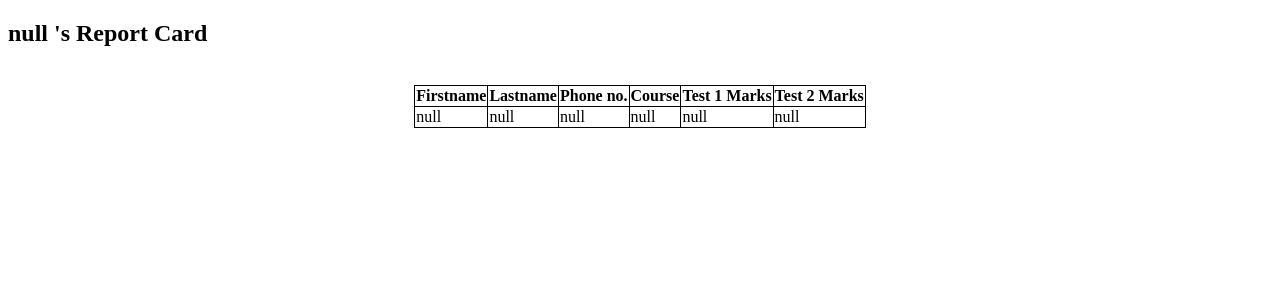
Repository: MriOj/OnlineExamPortal
Page: http://localhost/ExamPortal/reportcard.jsp
The author's editor kept a copy of each file at every save. The page is drawn from the files as they stood at one save, then again after the next save.
The browser window is 1280 px wide. The pictures show the whole page.
The page is served by Tomcat 9. Other server files are loaded and not shown. The template is opened directly, without the code that normally fills it, so the values that code supplies are empty.

Above is the page before, as saved 2021-09-05 05:12:46.

### ExamPortal/src/main/webapp/reportcard.jsp
<%@ page language="java" contentType="text/html; charset=ISO-8859-1"
    pageEncoding="ISO-8859-1"%>
<!DOCTYPE html>
<html>
<head>
<meta name="viewport" content="width=device-width, initial-scale=1">
<style>
table, th, td {
  border: 1px solid black;
  border-collapse: collapse;
}

table.center {
  margin-left: auto;
  margin-right: auto;
}
</style>
</head>
<body>

<h2><%{out.println(request.getAttribute("student"));} %>'s Report Card</h2>

<table class="center">
 <tr>
    <th>Firstname</th>
    <th>Lastname</th>
    <th>Phone no.</th>
	<th>Course</th>
	<th>Test 1 Marks</th>
	<th>Test 2 Marks</th>
  </tr>
  <tr>
    <td><%{out.println(request.getAttribute("fname"));} %> </td>
    <td><%{out.println(request.getAttribute("lname"));} %> </td>
    <td><%{out.println(request.getAttribute("phone"));} %> </td>
	<td><%{out.println(request.getAttribute("course"));} %> </td>
	<td><%{out.println(request.getAttribute("t1m"));} %> </td>
	<td><%{out.println(request.getAttribute("t2m"));} %> </td>
  </tr>
</table>

</body>
</html>

After the next save:
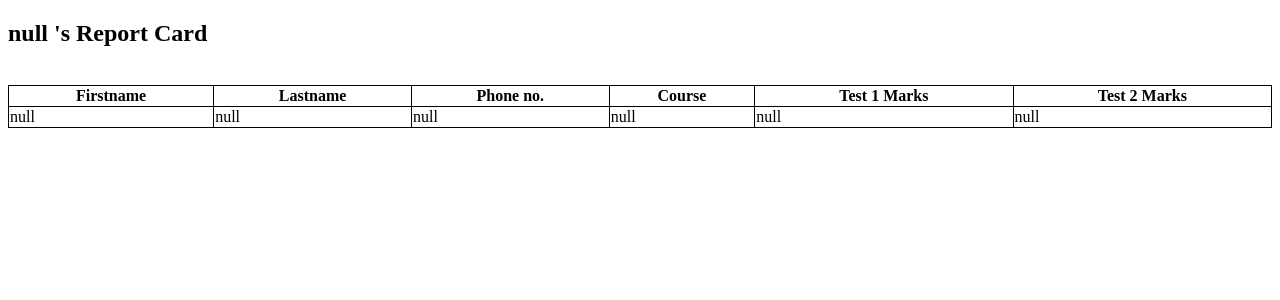
Saved 64 s later.
--- a/ExamPortal/src/main/webapp/reportcard.jsp
+++ b/ExamPortal/src/main/webapp/reportcard.jsp
@@ -13,6 +13,9 @@ table, th, td {
 table.center {
   margin-left: auto;
   margin-right: auto;
+}
+table {
+  width: 100%;
 }
 </style>
 </head>
